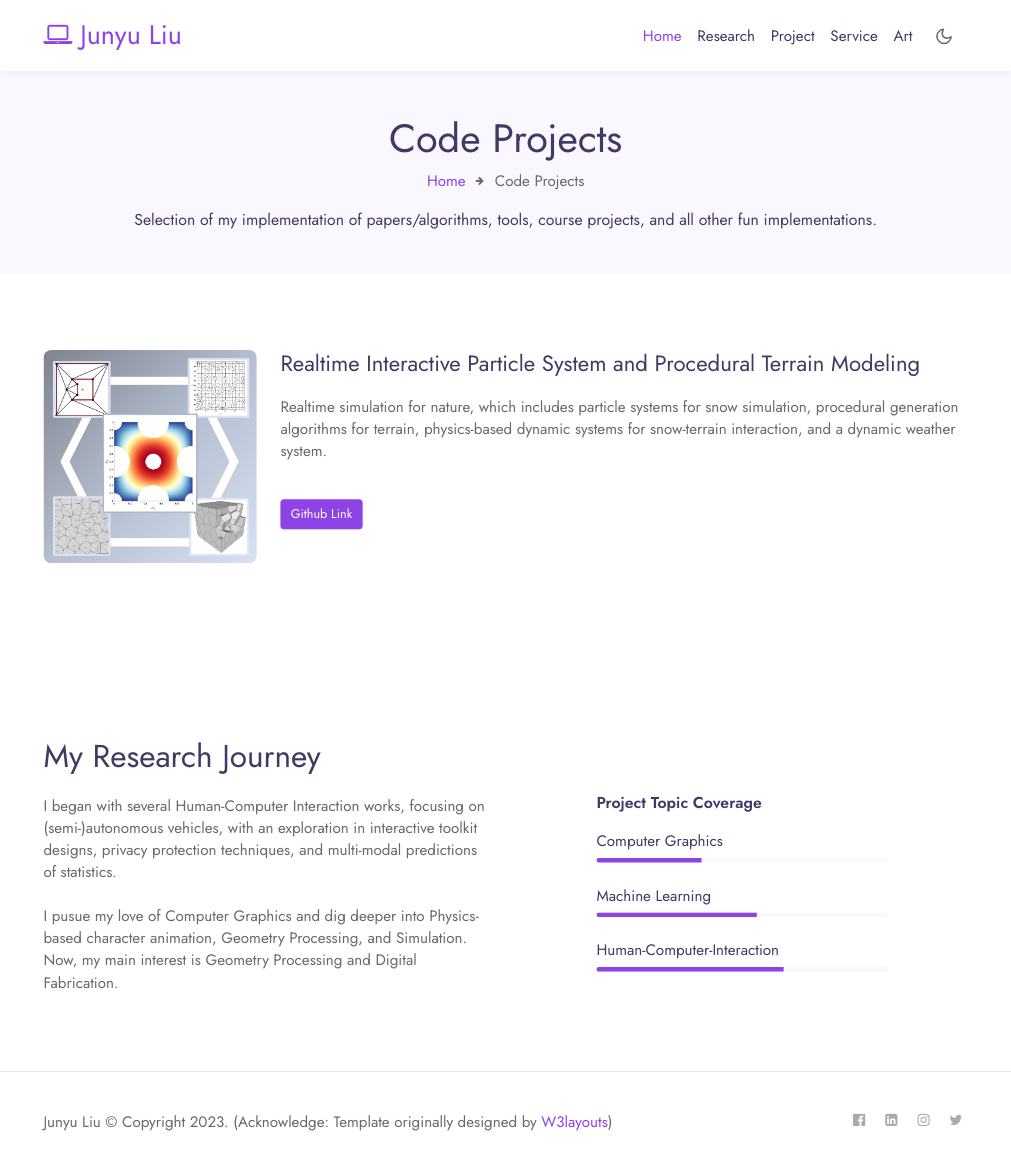
Repository: Junyu-Liu-Nate/junyu-liu-nate.github.io
Page: project.html
An editor plug-in stored every save of this project. The page is shown before and after a run of saves, followed by the edit.
The browser window is 1280 px wide. The pictures show the whole page, at 79% of full size.

Above is the page before, as saved 2024-04-10 18:05:48.
Console error: TypeError: Cannot read properties of null (reading 'classList')

After the next 2 saves:
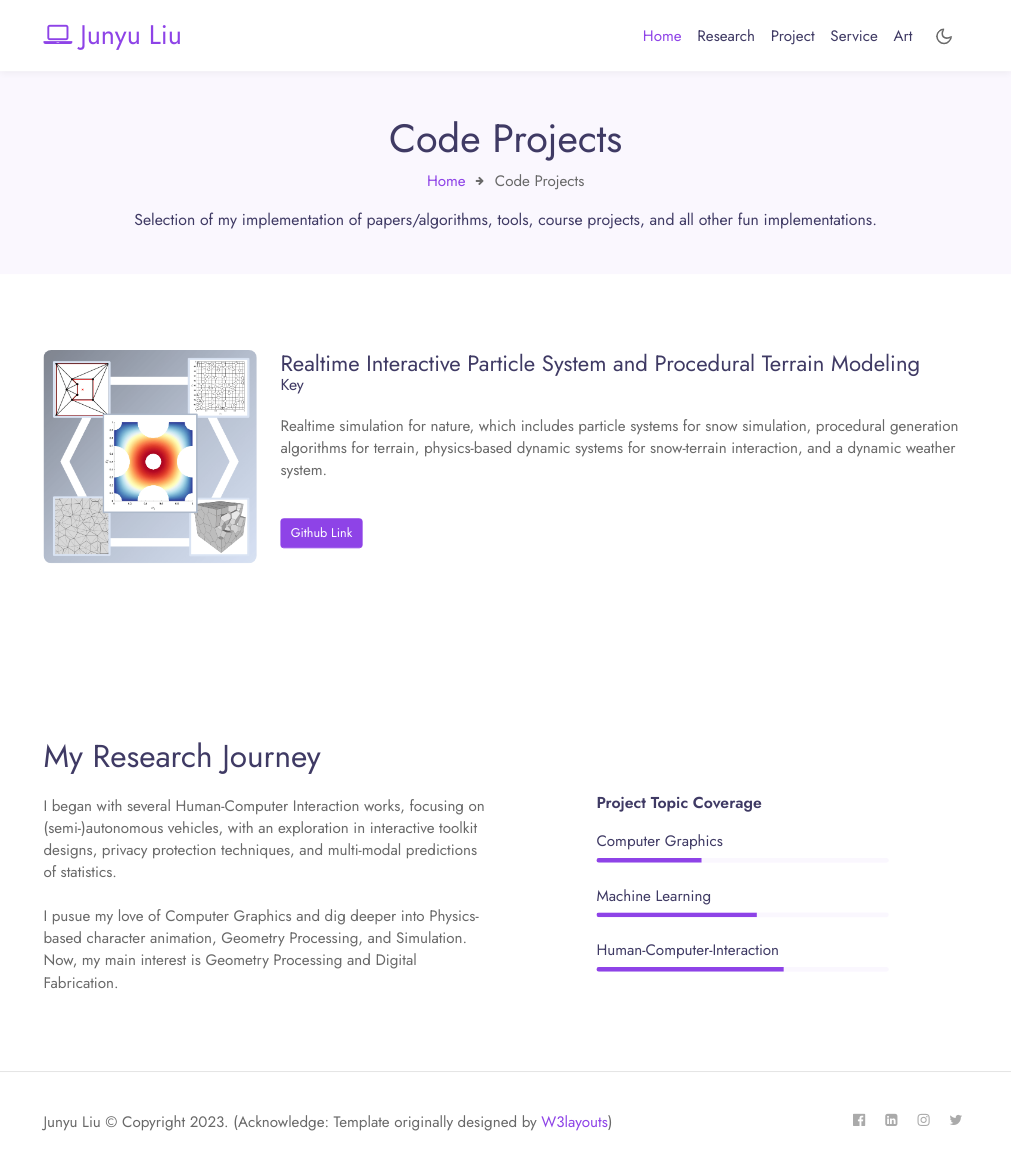
The 2 saves are shown as one change because they came seconds apart.
The last was saved 12 s later.
--- a/project.html
+++ b/project.html
@@ -108,7 +108,7 @@ Author URL: http://w3layouts.com
                 <div class="col-lg-9 mt-lg-0 mt-5">
                     <!-- <h5 class="title-small mb-2">Hello, I am UI/UX Designer</h5> -->
                     <h3 class="title">Realtime Interactive Particle System and Procedural Terrain Modeling</h3>
-
+                    <h5>Key</h5>
                     <p class="mt-4">
                       Realtime simulation for nature, which includes particle systems for snow simulation, procedural generation algorithms for terrain, physics-based dynamic systems for snow-terrain interaction, and a dynamic weather system.
                     </p>
